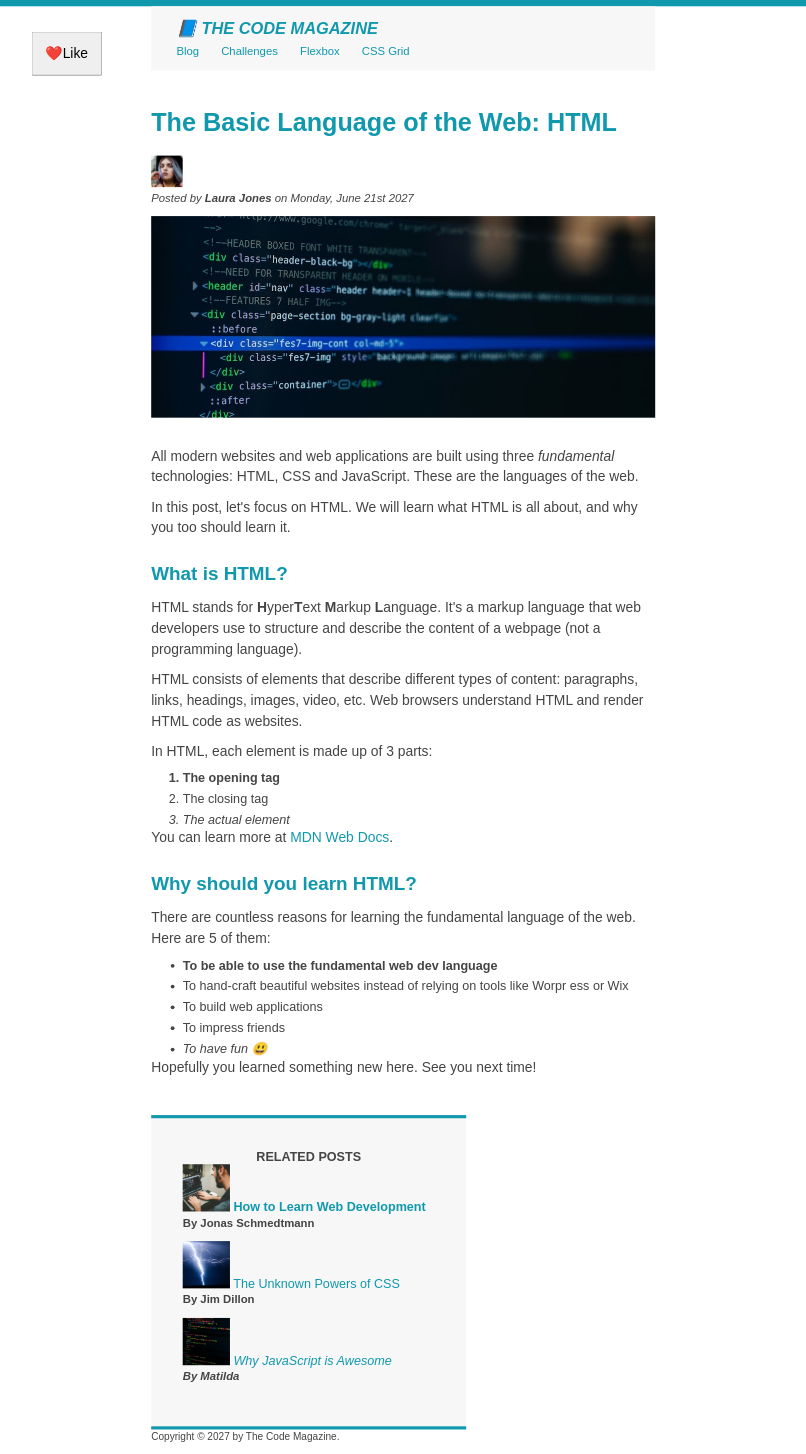
Repository: sunny070/CSS
Page: #1/index.html
These files come from the project's save history. The page is drawn as it stood at one moment and after the next save; the edit follows.
The browser window is 1280 px wide. The pictures show the whole page, at 63% of full size.

Above is the page before, as saved 2023-11-06 11:09:21.

After the next save:
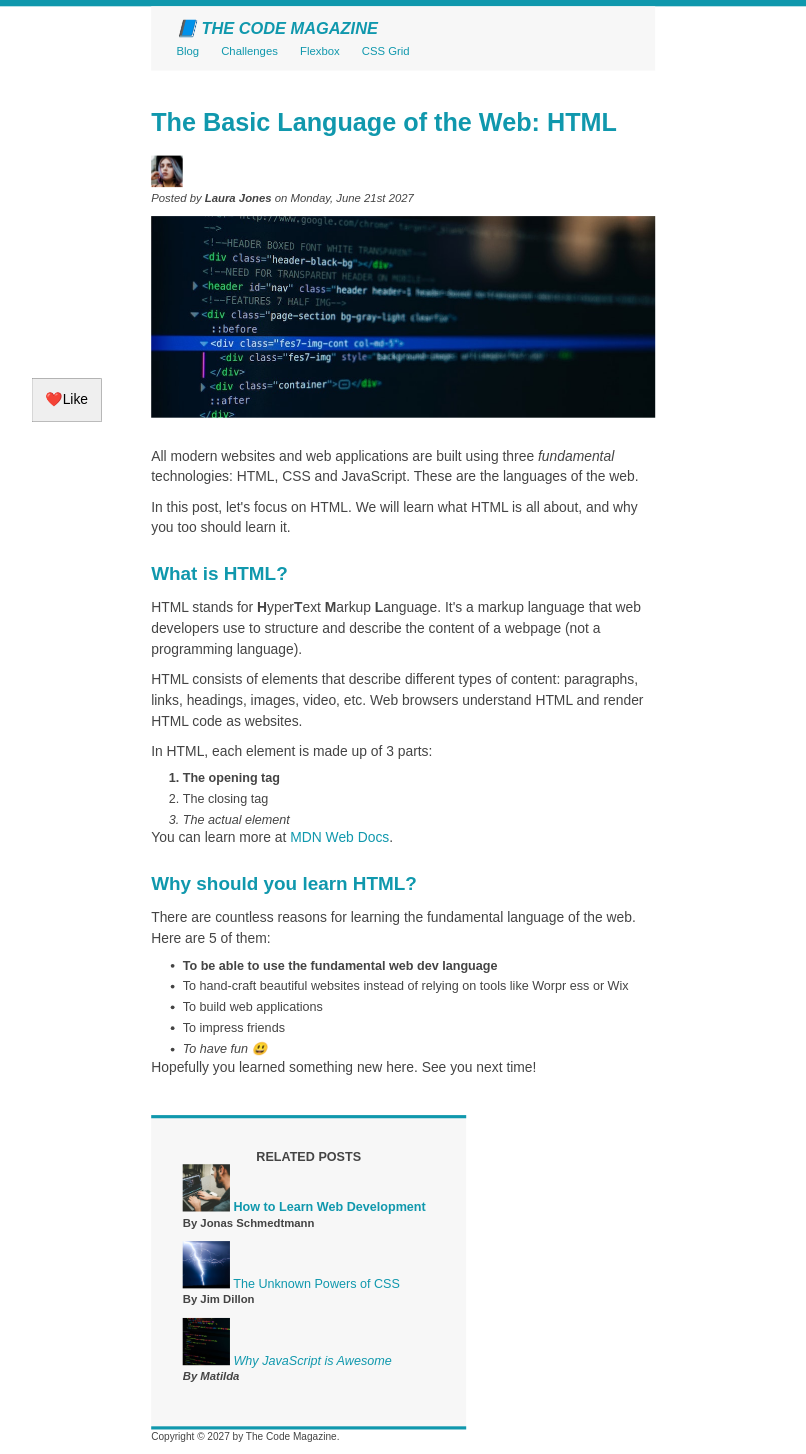
Saved 5 s later.
--- a/#1/style.css
+++ b/#1/style.css
@@ -193,7 +193,7 @@ button{
     position: absolute;
     /* top: 50px;
     left: 50px; */
-    top: 50px;
+    bottom: 50px;
     left: 50px;
 }
 /* resolving conflicts */
